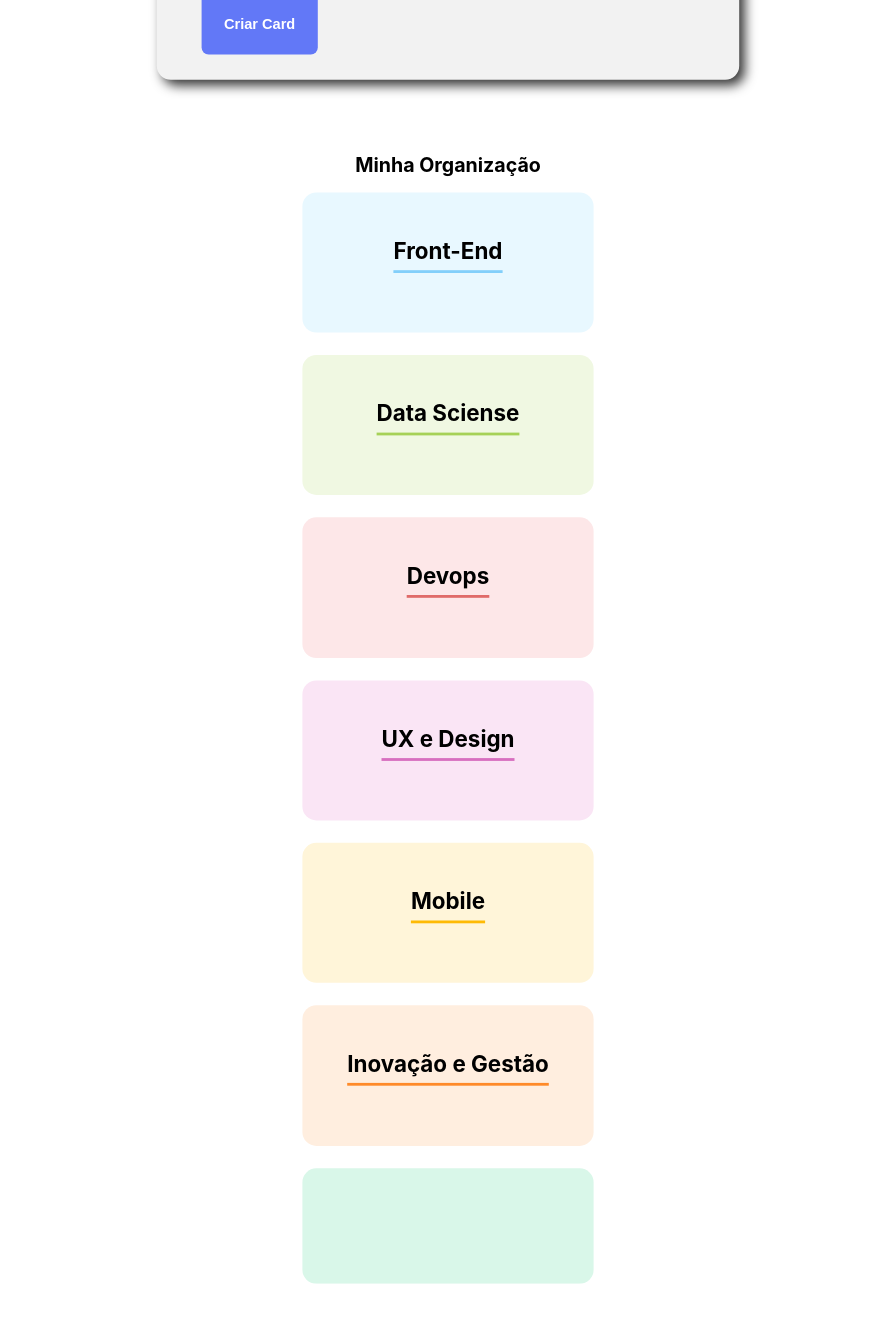
Repository: guilhermecardoso93/organo
Page: /
These files come from the project's save history. The page is drawn as it stood at one moment and after the next save; the edit follows.
The browser window is 1280 px wide. The pictures show the part of the page from y = 1290 to 3210 px (the page is 3204 px tall before and 3210 px after), at 70% of full size.
The project was rebuilt for these pictures with package versions that can differ from the ones it lists, and the page was loaded fresh each time. Also part of the build but not shown: src/components/Times/components/Card/styles.css.

Above is the page before, as saved 2024-05-27 18:52:16.

### src/App.js
import { useState } from "react";
import { Banner } from "./components/Banner";
import { Form } from "./components/Form";
import { Times } from "./components/Times";

export default function App(handleChangeColaboradores) {
  const [colaboradores, setColaboradores] = useState([]);
  const times = [
    {
      name: "Front-End",
      corPrimaria: "#82CFFA",
      corSecundaria: "#E8F8FF",
    },
    {
      name: "Data Sciense",
      corPrimaria: "#A6D157",
      corSecundaria: "#F0F8E2",
    },
    {
      name: "Devops",
      corPrimaria: "#E06B69",
      corSecundaria: "#FDE7E8",
    },
    {
      name: "UX e Design",
      corPrimaria: "#D86EBF",
      corSecundaria: "#FAE5F5",
    },
    {
      name: "Mobile",
      corPrimaria: "#FEBA05",
      corSecundaria: "#FFF5D9",
    },
    {
      name: "Inovação e Gestão",
      corPrimaria: "#FF8A29",
      corSecundaria: "#FFEEDF",
    },
    {
      name: "Programação",
      corPrimaria: "#57C278",
      corSecundaria: "#D9F7E9",
    },
  ];

  function handleNewColaboradores(colaborador) {
    setColaboradores([...colaboradores], colaborador);
    console.log(setColaboradores);
  }

  return (
    <div className="app">
      <Banner />
      <Form
        times={times.map((time) => time.name)}
        handleChangeColaboradores={(colaborador) =>
          handleNewColaboradores(colaborador)
        }
      />

      <Times colaboradores={colaboradores}/>
    </div>
  );
}

### src/components/Banner/index.js
import BannerBackground from "../../assets/imagens/banner.png";
import "./styles.css";

export function Banner() {
  return (
    <header className="background-banner">
      <img src={BannerBackground} alt="Banner Principal da Página da Orgona" />;
    </header>
  );
}

### src/components/Form/index.js
import { useState } from "react";

import { Button } from "../Button";
import { Input } from "../Input";
import { ListDropDown } from "../ListDropDown";

import "./styles.css";

export function Form(props) {
  const [name, setName] = useState("");
  const [cargo, setCargo] = useState("");
  const [imagem, setImagem] = useState("");
  const [teams, setTeams] = useState([]);

  function handleSubmit(event) {
    event.preventDefault();
    props.handleChangeColaboradores({ name, cargo, imagem, teams });
  }
  return (
    <section className="form">
      <form onSubmit={handleSubmit}>
        <h2>Preencha os dados para criar o card do colaborador</h2>
        <Input
          label="Nome"
          obrigatorio
          placeholder="Digite seu nome..."
          value={name}
          valueChange={(value) => setName(value)}
        />
        <Input
          label="Cargo"
          obrigatorio
          placeholder="Digite seu cargo..."
          value={cargo}
          valueChange={(value) => setCargo(value)}
        />
        <Input
          label="Imagem"
          obrigatorio
          placeholder="Digite seu nome"
          value={imagem}
          valueChange={(value) => setImagem(value)}
        />
        <ListDropDown
          obrigatorio
          itens={props.times}
          label="Times"
          value={teams}
          valueChange={(value) => setTeams(value)}
        />
        <Button> Criar Card</Button>
      </form>
    </section>
  );
}

### src/components/Times/index.js
import Imagem from "../../assets/imagens/logo.png";

import { Time } from "./components/Time";

import "./styles.css";
export function Times(props) {
  const times = [
    {
      name: "Front-End",
      corPrimaria: "#82CFFA",
      corSecundaria: "#E8F8FF",
    },
    {
      name: "Data Sciense",
      corPrimaria: "#A6D157",
      corSecundaria: "#F0F8E2",
    },
    {
      name: "Devops",
      corPrimaria: "#E06B69",
      corSecundaria: "#FDE7E8",
    },
    {
      name: "UX e Design",
      corPrimaria: "#D86EBF",
      corSecundaria: "#FAE5F5",
    },
    {
      name: "Mobile",
      corPrimaria: "#FEBA05",
      corSecundaria: "#FFF5D9",
    },
    {
      name: "Inovação e Gestão",
      corPrimaria: "#FF8A29",
      corSecundaria: "#FFEEDF",
    },
    {
      nome: "Programação",
      corPrimaria: "#57C278",
      corSecundaria: "#D9F7E9",
    },
  ];
  return (
    <div className="times-container-main">
      <div>
        <h2>Minha Organização</h2>
      </div>
      <div className="times-container-list">
        {times.map((time, index) => (
          <Time
            name={time.name}
            key={index}
            corPrimaria={time.corPrimaria}
            corSecundaria={time.corSecundaria}
            colaboradores={props.colaboradores.filter(colaborador => colaborador.time === time.nome)}
          />
        ))}
      </div>
    </div>
  );
}

### src/components/Banner/styles.css
.background-banner {
  background-color: #6278f7;
  text-align: center;
  padding-bottom: 1rem;
}

.background-banner img {
  max-width: 100%;
}

### src/components/Button/index.js
import "./styles.css";

export function Button(props) {
  return <button>{props.children}</button>;
}

### src/components/Input/index.js
import "./styles.css";

export function Input({ label, placeholder, obrigatorio, value, valueChange }) {
  function handleTap(event) {
    valueChange(event.target.value);
  }

  return (
    <div className="campo-texto">
      <label>{label}</label>
      <input
        placeholder={placeholder}
        required={obrigatorio}
        onChange={handleTap}
        value={value}
      />
    </div>
  );
}

### src/components/ListDropDown/index.js
import "./styles.css";

export function ListDropDown({ label, itens, value, valueChange, required }) {
  return (
    <div className="list-dropdown">
      <label>{label}</label>
      <select
        required={required}
        value={value}
        onChange={(event) => valueChange(event.target.value)}
      >
        {itens.map((item, index) => {
          return <option key={index}>{item}</option>;
        })}
      </select>
    </div>
  );
}

### src/components/Form/styles.css
.form {
  display: flex;
  justify-content: center;
  margin: 80px 0;
}

.form form {
  max-width: 80%;
  background-color: #f2f2f2;
  border-radius: 20px;
  padding: 36px 64px;
  box-shadow: 8px 8px 16px rgba(0,0,0, 0.8);
}

h2 {
  font-size: 1.75rem;
}

### src/components/Times/components/Time/index.js
import { Card } from "../Card";
import "./styles.css";

export function Time(props) {
  return (
    <section
      className="time-container"
      style={{ backgroundColor: props.corSecundaria }}
    >
      <h3 style={{ borderColor: props.corPrimaria }}>{props.name}</h3>
      <div>
        <Card />
      </div>
    </section>
  );
}

### src/components/Times/styles.css
.times-container-main {
  display: flex;
  flex-direction: column;
  justify-content: center;
  align-items: center;
  margin: 80px 0;
  overflow: hidden;
}

.times-container-list {
  display: flex;
  flex-direction: column;
  align-items: center;
  justify-content: center;
  gap: 2rem;
}

### src/components/Button/styles.css
button {
  background-color: #6278f7;
  color: white;
  border: none;
  border-radius: 10px;
  font-size: 1.3rem;
  font-weight: bold;
  padding: 32px;
  cursor: pointer;
}

button:hover {
  background-color: white;
  color: #6278f7;
  border: 4px solid #6278f7;
  padding: 28px;
}

### src/components/Input/styles.css
.campo-texto {
  display: flex;
  flex-direction: column;
  margin: 24px 0;
}

.campo-texto label {
  display: block;
  margin-bottom: 8px;
  font-size: 24px;
  font-weight: semi-bold;
}

.campo-texto input {
  background-color: #fff;
  box-shadow: 10px 10px 30px rgba(0, 0, 0, 0.06);
  width: 100%;
  border: none;
  font-size: 24px;
  padding: 24px;
  box-sizing: border-box;
  border-radius: 20px;
}

### src/components/ListDropDown/styles.css
.list-dropdown {
  display: flex;
  flex-direction: column;
  margin: 24px 0;
}

.list-dropdown label {
  display: block;
  margin-bottom: 8px;
  font-size: 24px;
  font-weight: semi-bold;
}

.list-dropdown select {
  background-color: #fff;
  box-shadow: 10px 10px 30px rgba(0, 0, 0, 0.06);
  width: 100%;
  border: none;
  font-size: 24px;
  padding: 24px;
  box-sizing: border-box;
  border-radius: 20px;
  color: #615c5c;
}

### src/components/Times/components/Card/index.js
import './styles.css'

export function Card({ name, cargo, imagem }) {
  return (
    <div>
      <div className="cabecalho">
        <imagem src={imagem} alt="" />
      </div>
      <div className="rodape">
        <h4>{name}</h4>
        <p>{cargo}</p>
      </div>
    </div>
  );
}

### src/components/Times/components/Time/styles.css
.time-container {
  text-align: center;
  padding: 32px;
  border-radius: 20px;
  width: 100%;
}

.time-container h3 {
  font-size: 2rem;
  border-bottom: 4px solid;
  display: inline-block;
  padding-bottom: 8px;
}

Loaded but not shown: public/index.html (common file); src/index.js (common file); src/index.css (common file)

After the next save:
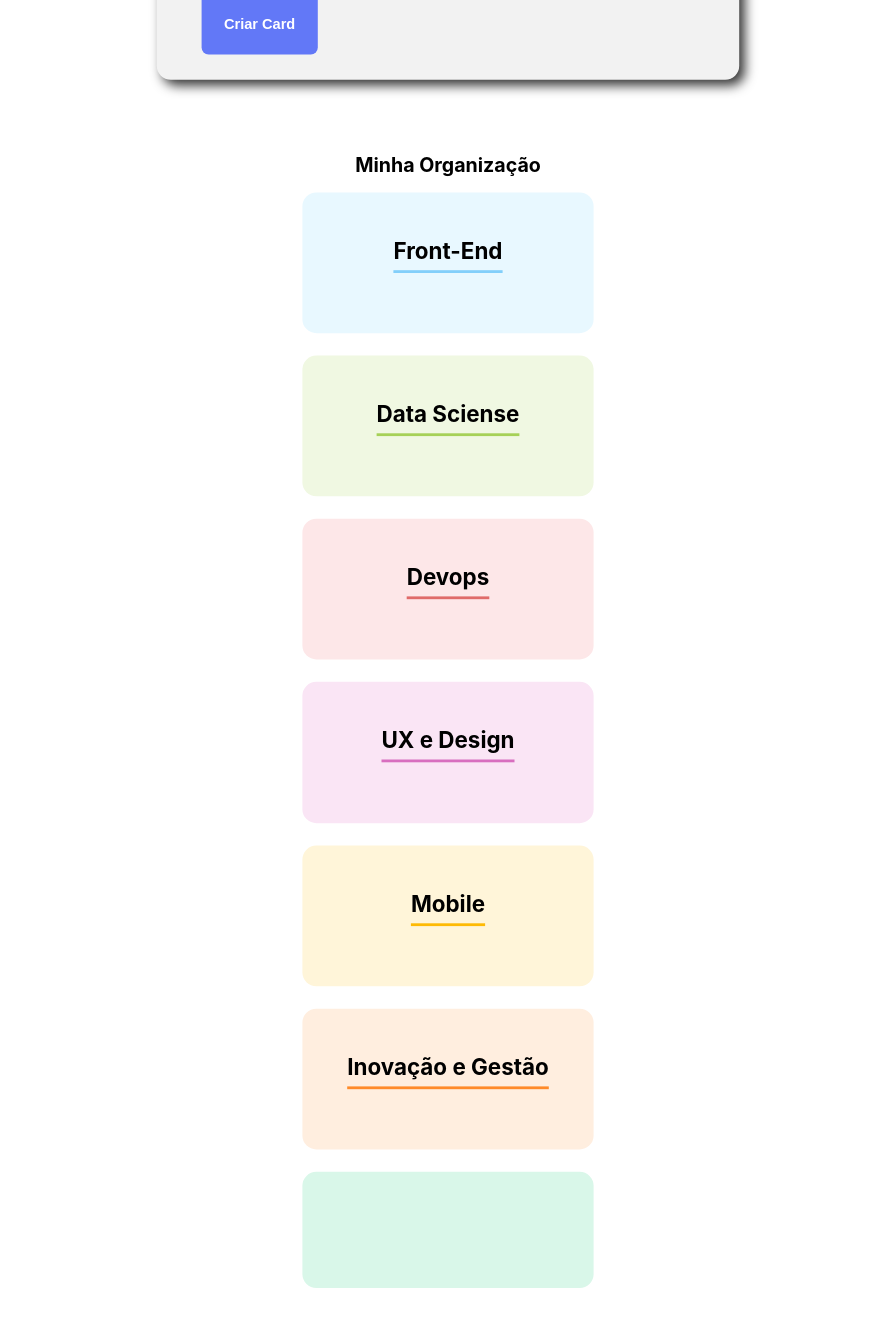
Saved 37 s later.
--- a/src/components/Times/components/Card/index.js
+++ b/src/components/Times/components/Card/index.js
@@ -8,7 +8,7 @@ export function Card({ name, cargo, imagem }) {
       </div>
       <div className="rodape">
         <h4>{name}</h4>
-        <p>{cargo}</p>
+        <h5>{cargo}</h5>
       </div>
     </div>
   );
